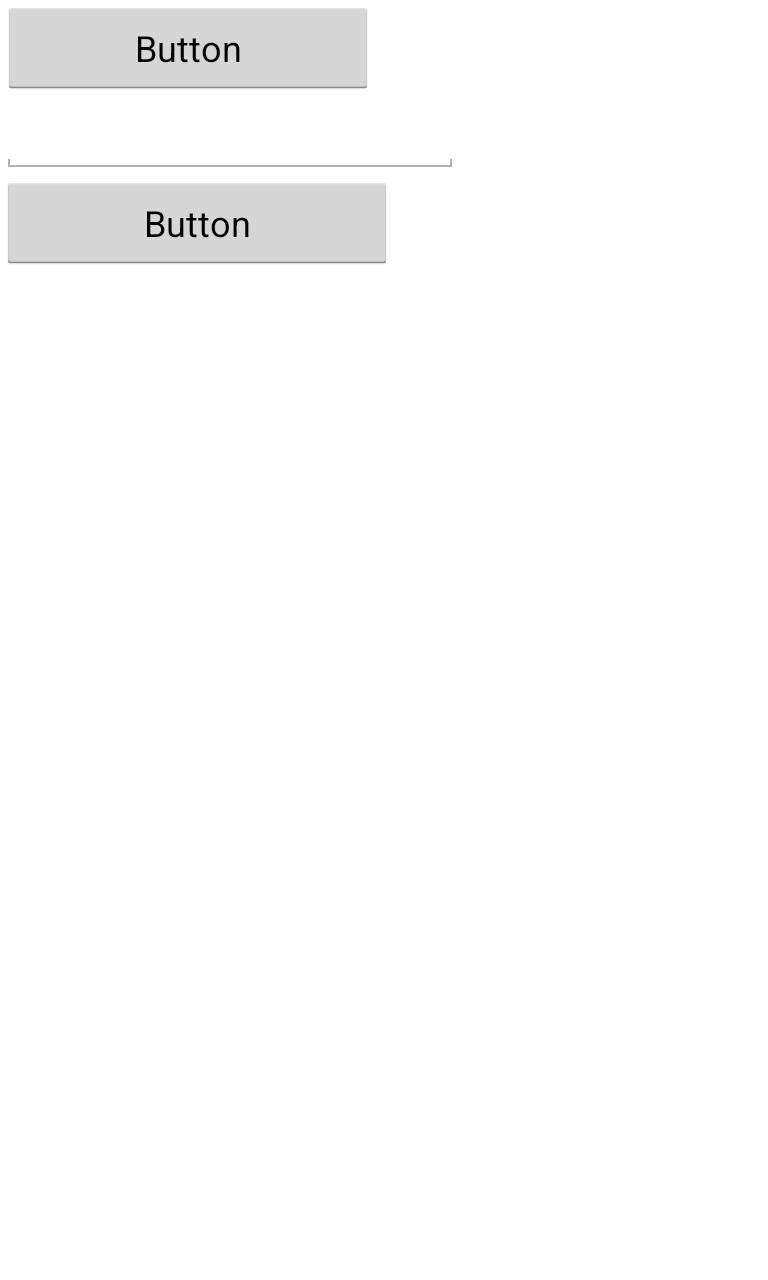
Repository: epson121/forumhr_mobile
Layout: TopicsActivity/res/layout/dialog_go_to_page.xml
These files come from the project's save history. The layout is drawn as it stood at one moment and after the next save; the edit follows.
It is drawn on a 768 x 1280 px phone screen (xhdpi) without system bars, with theme AppTheme; the app's code is not run.

Above is the layout before, as saved 2013-02-21 22:14:39.

After the next save:
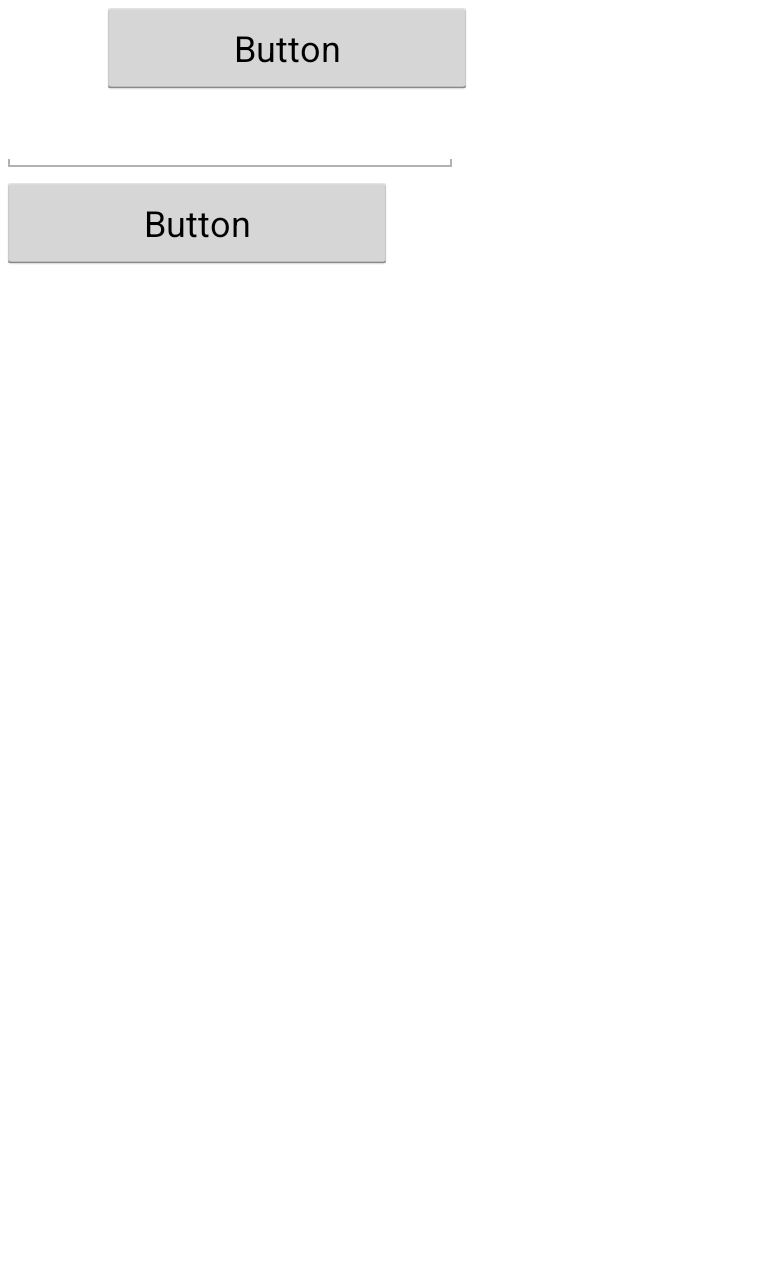
Saved 7 s later.
--- a/TopicsActivity/res/layout/dialog_go_to_page.xml
+++ b/TopicsActivity/res/layout/dialog_go_to_page.xml
@@ -9,7 +9,7 @@
         android:layout_width="187dp"
         android:layout_height="wrap_content"
         android:text="Button"
-        android:layout_marginLeft="25%"
+        android:layout_marginLeft="50dip"
         />
 
     <EditText
